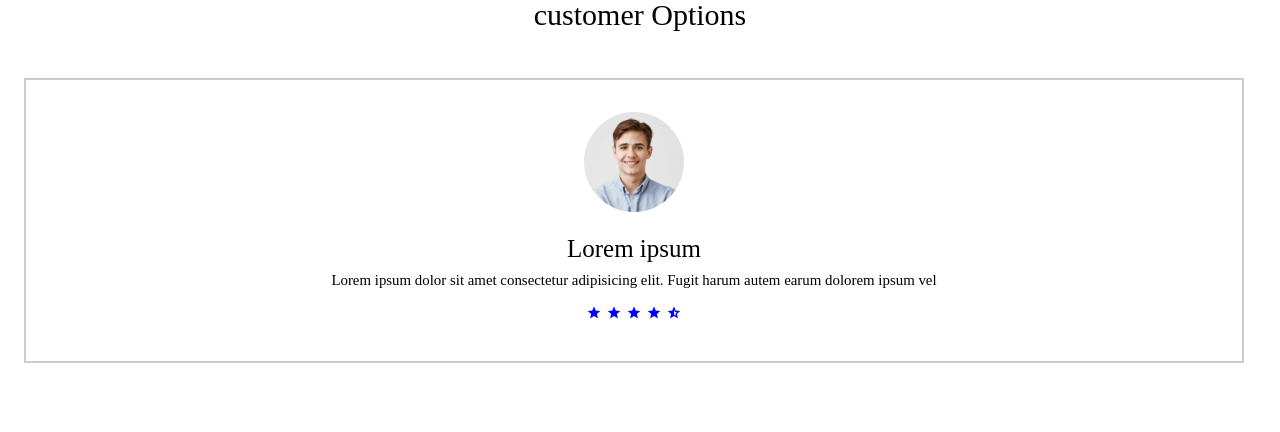
Repository: dinhhaidh/slider-3
Page: index.html
An editor plug-in stored every save of this project. The page is shown before and after the next save, followed by the edit.
The browser window is 1280 px wide. The pictures show the whole page.

Above is the page before, as saved 2024-03-22 21:22:14.

After the next save:
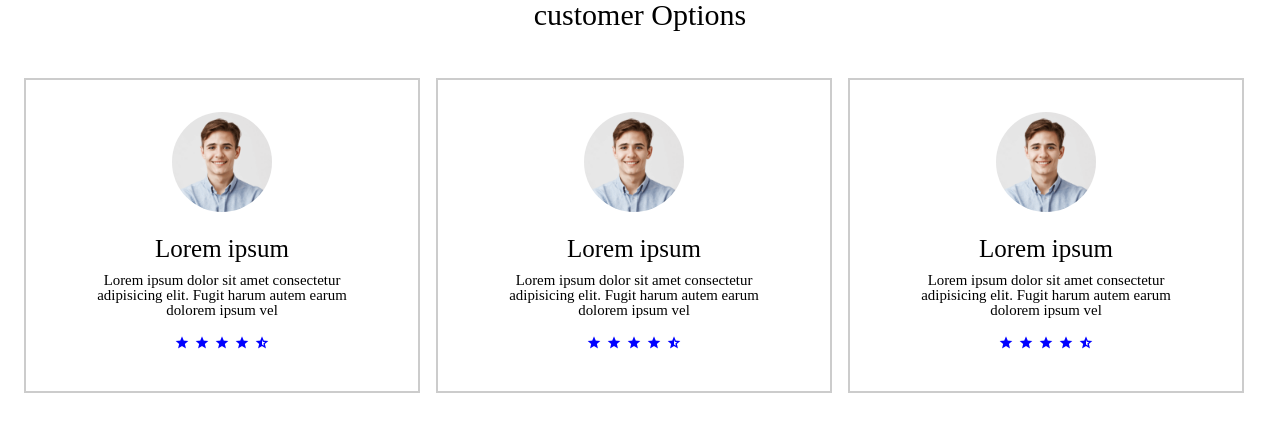
Saved 4 s later.
--- a/js/app.js
+++ b/js/app.js
@@ -12,7 +12,7 @@
 //     }
 // });
 
-let swiperCustomer = new Swiper('.testimonial__swiper', {
+let swiperCustomer = new Swiper('.customer__swiper', {
     loop: true,
     spaceBetween: 16,
     slidesPerView: 'auto',
